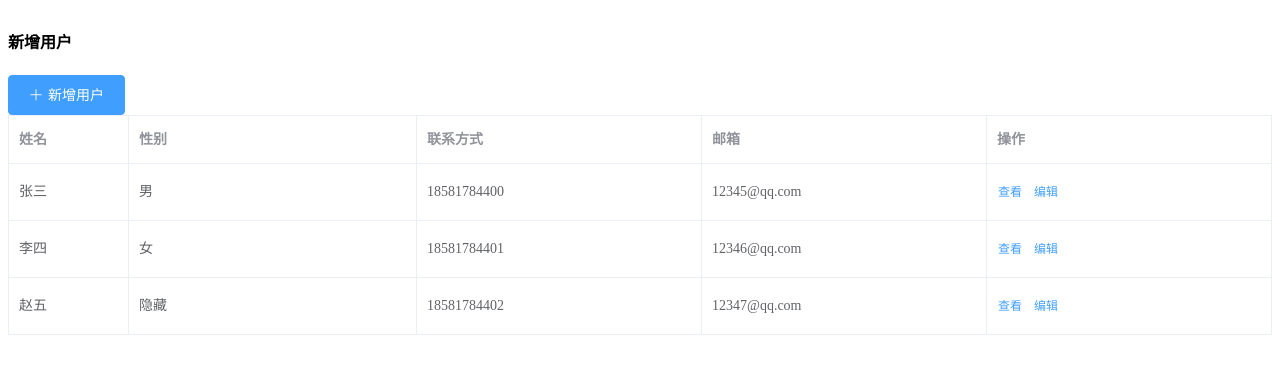
Repository: xinwuhao/New-user
Page: /
The author's editor kept a copy of each file at every save. The page is drawn from the files as they stood at one save, then again after the next save.
The browser window is 1280 px wide. The pictures show the whole page.
The project was rebuilt for these pictures with package versions that can differ from the ones it lists, and the page was loaded fresh each time.

Above is the page before, as saved 2021-12-21 15:51:41.

### src/main.js
import Vue from 'vue'
import App from './App.vue'
import router from './router'
import store from './store'
import ElementUI from 'element-ui';
import 'element-ui/lib/theme-chalk/index.css';

Vue.use(ElementUI);
Vue.config.productionTip = false

new Vue({
  router,
  store,
  el: '#app',
  render: h => h(App)
}).$mount('#app')

### src/views/Home.vue
<template>
  <div class="container">
    <div class="content">
      <h4>新增用户</h4>
      <div>
        <el-button
          type="primary"
          icon="el-icon-plus"
          @click="dialogVisible = true"
          >新增用户</el-button
        >
        <el-dialog title="提示" :visible.sync="dialogVisible" width="30%">
          <el-form
            :model="ruleForm"
            :rules="rules"
            ref="ruleForm"
            label-width="100px"
            class="demo-ruleForm"
          >
            <el-form-item label="名称" prop="name">
              <el-input v-model="ruleForm.name"></el-input>
            </el-form-item>
            <el-form-item label="性别" prop="sex">
              <el-radio-group
                v-model="ruleForm.sex"
                v-for="(item, index) in sex"
                :key="index"
              >
                <el-radio :label="item" style="margin-right: 10px"></el-radio>
              </el-radio-group>
            </el-form-item>
            <el-form-item label="手机号码" prop="contact">
              <el-input v-model="ruleForm.contact"></el-input>
            </el-form-item>
            <el-form-item label="邮箱" prop="mailbox">
              <el-input v-model="ruleForm.mailbox"></el-input>
            </el-form-item>
            <el-form-item>
              <el-button type="primary" @click="submitForm('ruleForm')"
                >立即新增</el-button
              >
              <el-button @click="resetForm('ruleForm')">取消</el-button>
            </el-form-item>
          </el-form>
        </el-dialog>
      </div>
      <!-- 用户列表 -->
      <div>
        <el-table :data="list" border style="width: 100%">
          <el-table-column prop="name" label="姓名" width="120">
          </el-table-column>
          <el-table-column prop="sex" label="性别" >
          </el-table-column>
          <el-table-column prop="contact" label="联系方式">
          </el-table-column>
          <el-table-column prop="mailbox" label="邮箱">
          </el-table-column>
          <el-table-column fixed="right" label="操作">
            <template slot-scope="scope">
              <el-button
                @click="handleClick(scope.row)"
                type="text"
                size="small"
                >查看</el-button
              >
              <el-button type="text" size="small">编辑</el-button>
            </template>
          </el-table-column>
        </el-table>
      </div>
    </div>
  </div>
</template>

<script>
//引入子组件

export default {
  name: "",
  props: {},
  data() {
    return {
      dialogVisible: false,
      list: [
        {
          name: "张三",
          sex: "男",
          contact: "18581784400",
          mailbox: "12345@qq.com",
        },
        {
          name: "李四",
          sex: "女",
          contact: "18581784401",
          mailbox: "12346@qq.com",
        },
        {
          name: "赵五",
          sex: "隐藏",
          contact: "18581784402",
          mailbox: "12347@qq.com",
        },
      ],
      sex: ["隐藏", "男", "女"],
      ruleForm: {
        name: "",
        sex: "",
        contact: "",
        mailbox: "",
      },
      rules: {
        name: [
          { required: true, message: "请输入用户名称", trigger: "blur" },
          { min: 1, max: 5, message: "长度在 1 到 5 个字符", trigger: "blur" },
        ],
        contact: [
          { required: true, message: "请输入手机号码", trigger: "blur" },
          { min: 11, max: 11, message: "输入的手机号码有误", trigger: "blur" },
          {
            pattern:
              /^(?:(?:\+|00)86)?1(?:(?:3[\d])|(?:4[5-79])|(?:5[0-35-9])|(?:6[5-7])|(?:7[0-8])|(?:8[\d])|(?:9[189]))\d{8}$/,
            message: "输入的手机号码有误",
            trigger: "blur",
          },
        ],
        mailbox: [
          { required: true, message: "请输入邮箱", trigger: "blur" },
          {
            pattern:
              /^(([^<>()[\]\\.,;:\s@"]+(\.[^<>()[\]\\.,;:\s@"]+)*)|(".+"))@((\[[0-9]{1,3}\.[0-9]{1,3}\.[0-9]{1,3}\.[0-9]{1,3}\])|(([a-zA-Z\-0-9]+\.)+[a-zA-Z]{2,}))$/,
            message: "输入的邮箱有误",
            trigger: "blur",
          },
        ],
        sex: [{ required: true, message: "性别", trigger: "change" }],
      },
    };
  },
  components: {},
  methods: {
    submitForm(formName) {
      this.$refs[formName].validate((valid) => {
        if (valid) {
          this.$message.success("新增成功");
          this.dialogVisible = false;
          this.list.unshift(this.ruleForm);
          console.log(this.list);
        } else {
          this.$message.error("您还有信息没有填写或者填写的信息有误");
          return false;
        }
      });
    },
    resetForm(formName) {
      this.$refs[formName].resetFields();
      this.dialogVisible = false;
    },
  },
  mounted() {},
  computed: {},
  watch: {},
};
</script>

<style lang='scss' scoped>
.container {
  display: flex;
  justify-content: center;
}
.content {
  width: 1450px;
  /* 注意适配的宽度必须大于最小适配宽度 */
}
.flex {
  display: flex;
}
</style>

Loaded but not shown: public/index.html (common file); src/App.vue (common file); src/router/index.js (common file); src/store/index.js (common file)

After the next save:
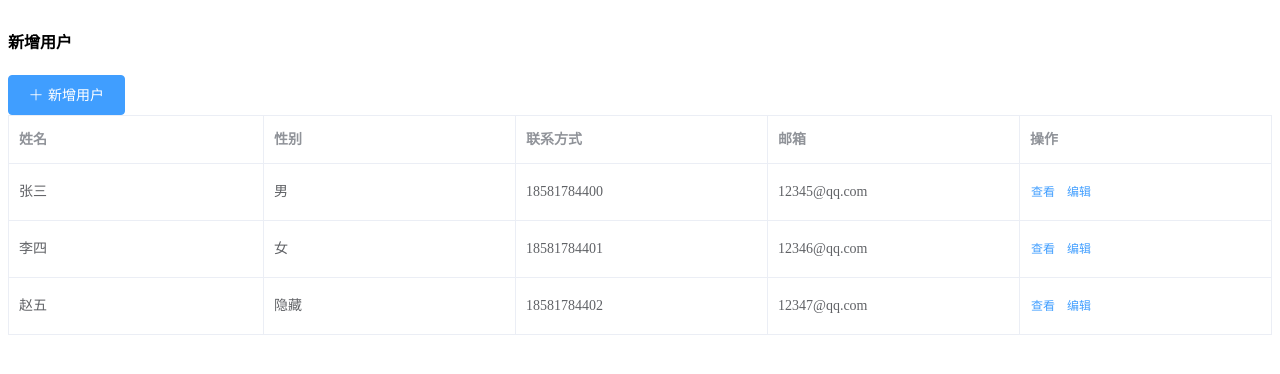
Saved 4 s later.
--- a/src/views/Home.vue
+++ b/src/views/Home.vue
@@ -47,7 +47,7 @@
       <!-- 用户列表 -->
       <div>
         <el-table :data="list" border style="width: 100%">
-          <el-table-column prop="name" label="姓名" width="120">
+          <el-table-column prop="name" label="姓名">
           </el-table-column>
           <el-table-column prop="sex" label="性别" >
           </el-table-column>
